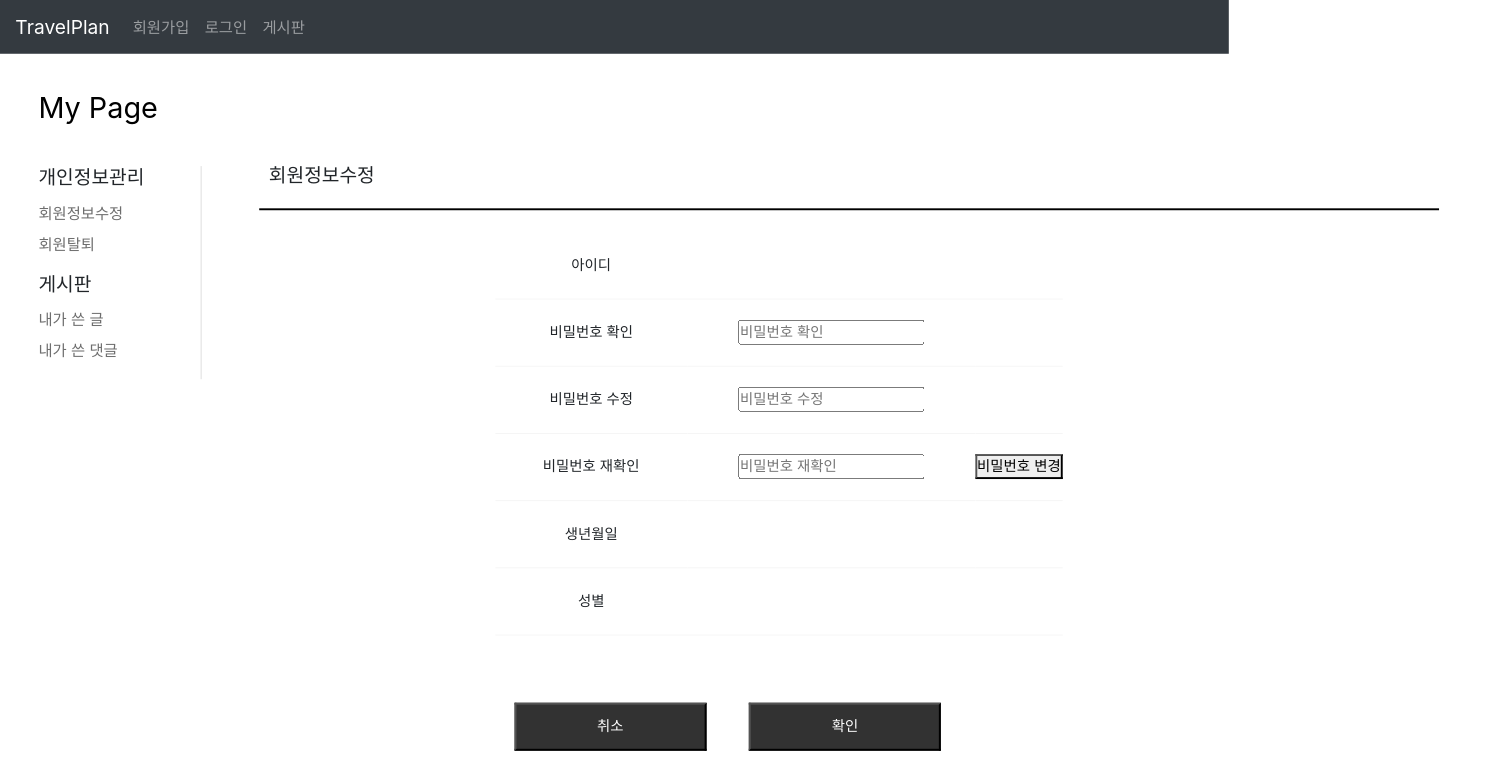
Repository: sna145815/Travel_v1
Page: http://localhost/Travel_v1/mypage
The author's editor kept a copy of each file at every save. The page is drawn from the files as they stood at one save, then again after the next save.
The browser window is 1280 px wide. The page is 1560 px wide, so the pictures cover 1560 px, including what lies to the right of the window. The pictures show the whole page, at 96% of full size.
The page is served by Tomcat 9. Other server files are loaded and not shown. Queries for data that is not in the repository find no rows.

Above is the page before, as saved 2022-11-07 07:52:55.

### Travel_v1/src/main/webapp/WEB-INF/view/mypage.jsp
<%@ page language="java" contentType="text/html; charset=UTF-8"
    pageEncoding="UTF-8"%>
<%@ include file="/layout/header.jsp" %>

<!DOCTYPE html>
<html>
<head>
	<meta charset="UTF-8">
	<style>
		* {
			margin: 0;
			padding: 0;
		}
		#wrap {
			width: auto;
			min-width: 1560px;
			max-width: 1880px;
			padding: 0px 40px;
			margin: 0px auto;
			box-sizing: border-box;
		}
		#sub_header {
			position: relative;
			padding: 0px 0px 10px;
			margin: 0px auto;
		}
		.visual_area {
			padding: 5px 0px 8px;
			font-size: inherit;
			font-weight: normal;
		}
		.txt > a {
			display: inline-block;
			font-size: 30px;
			font-weight: normal;
			color: rgb(0, 0, 0);
		}
		.menu_area {
			float : left;
			width : 270px;
			border-right: 1px solid #ddd;
		}
		.content_right {
			position: absolute;
			left: 270px;
			top: 200;
			right: 0;
			min-width: 1229px;
		}
		.menu_area {
		 	width: 170px;
		 	float: left;
		 	margin: 24px 40px 0px 0px;
		 	font-size: 14px;
		}
		.menu1, .menu2 {
			display: flex;
			flex-direction: column;
			padding-bottom: 15px;
		}
		.update, .delete, .post, .comment {
			display: flex;
			margin-top: 2px;
			font-size: 16px;
			line-height: 30px;
			color: rgb(110, 110, 110);
		}
		.content-right {
			padding: 0;
			float: right;
		}
		.sectiontitle {
			border-bottom: 2px solid #000000;
			padding-left: 10px;
			padding-bottom: 14px;
			margin-top: 22px;
			line-height: 1.5px;
			font-size: 14px;
			position: relative;
		}
		.sectiontable {
			margin-top: 22px;
			padding: 10px;
			font-size: 15px;
			border-collapse: collapse;
			table-layout: fixed;
			margin-left: 20%;
		}
		tr {
			height: 70px;
			padding: 10px;
			box-sizing: border-box;
			border-bottom: 1px solid #f5f5f5;
			text-align: center;
			vertical-align: middle;
			word-break: break-all;
		}
		.button {
			margin-top: 50px;
			margin-left: 20%;
		}
		.btn_cancel, .btn_check, .btn_delete {
			width: 200px;
			height: 50px;
			margin: 20px;
			padding: 10px;
			font-size: 15px;
			border-collapse: collapse;
			vertical-align: middle;
			color: rgb(255, 255, 255);
			background-color: rgb(50, 50, 50);
		}
	</style>
</head>
<body>
	<div id="wrap">
		<div id ="header">
			<div class="visual_area">
				<h1 class="txt">
					<a href="/mypage">My Page</a>
				</h1>
			</div>
		</div>
		<div id ="content_area">
			<div class ="content">
				<div class="content_in">
					<!-- 좌측 메뉴 -->
					<nav class="menu_area">
						<div class="menu1">
							<h5>개인정보관리</h5>
							<a href="/mypage" class="update">회원정보수정</a>
							<a href="/deleteuser" class="delete">회원탈퇴</a>
						</div>
						<div class="menu2">
							<h5>게시판</h5>
							<a href="#" class="post">내가 쓴 글</a>
							<a href="#" class="comment">내가 쓴 댓글</a>
						</div>
					</nav>
					<!-- 콘텐츠 내용 -->
					<section class ="content_right">
						<header class="sectiontitle">
							<h5>회원정보수정</h5>
						</header>
						<div>
							<table class="sectiontable">
								<tr>
									<td width=200px>아이디<td>
									<td id="userId" width=300px><strong>${user.id}</strong></td>
								</tr>
								<tr>
									<td>비밀번호 확인<td>
									<td><input type="password" id="userPwd" placeholder="비밀번호 확인" size=15/></td>
									<td><span id="checkpw"></span></td>
								</tr>
								<tr>
									<td>비밀번호 수정<td>
									<td><input type="password" id="upPwd" placeholder="비밀번호 수정" size=15/></td>
								</tr>
								<tr>
									<td>비밀번호 재확인<td>
									<td><input type="password" id="PwdR" placeholder="비밀번호 재확인" size=15/></td>
									<td>

										<form action="/mypage" method="post">
											<span id="checkpwdr"><button type="submit" class="btn_update">비밀번호 변경</button></span>
										</form>
									</td>
								</tr>
								<tr>
									<td>생년월일<td>
									<td id="userbirth"><strong>${user.date}</strong></td>
								</tr>
								<tr>
									<td>성별<td>
									<td id="userGender"><strong>${user.gender}</strong></td>
								</tr>
							</table>
						</div>
						<div class="button">
							<span>
								<button type="submit" class="btn_cancel" onclick="location.reload()">취소</button>
							</span>
							<span>
								<button type="submit" class="btn_check" onclick="location.href = '/main';">확인</button>
							</span>
						</div>
					</section>
				</div>
			</div>
		</div>
	</div>
</body>
</html>

### Travel_v1/src/main/webapp/layout/header.jsp
<%@ page language="java" contentType="text/html; charset=UTF-8"
    pageEncoding="UTF-8"%>
<!DOCTYPE html>

<head>
  <title>TravelPlan</title>
  <meta charset="utf-8">
  <meta name="viewport" content="width=device-width, initial-scale=1">
  <link rel="stylesheet" href="https://cdn.jsdelivr.net/npm/bootstrap@4.6.1/dist/css/bootstrap.min.css">
  <script src="https://cdn.jsdelivr.net/npm/jquery@3.6.0/dist/jquery.slim.min.js"></script>
  <script src="https://cdn.jsdelivr.net/npm/popper.js@1.16.1/dist/umd/popper.min.js"></script>
  <script src="https://cdn.jsdelivr.net/npm/bootstrap@4.6.1/dist/js/bootstrap.bundle.min.js"></script>
</head>
<body>

<nav class="navbar navbar-expand-md bg-dark navbar-dark">
  <a class="navbar-brand" href="/main">TravelPlan</a>
  <button class="navbar-toggler" type="button" data-toggle="collapse" data-target="#collapsibleNavbar">
    <span class="navbar-toggler-icon"></span>
  </button>
  <div class="collapse navbar-collapse" id="collapsibleNavbar">
    <ul class="navbar-nav">
      <li class="nav-item">
        <a class="nav-link" href="/join">회원가입</a>
      </li>
      <li class="nav-item">
        <a class="nav-link" href="/login">로그인</a>
      </li>
      <li class="nav-item">
        <a class="nav-link" href="/board?cmd=getlist">게시판</a>
      </li>
    </ul>
  </div>
</nav>
<br>

### Travel_v1/src/main/java/controller/mypagecontroller.java
package controller;

import java.io.IOException;

import javax.servlet.RequestDispatcher;
import javax.servlet.ServletException;
import javax.servlet.annotation.WebServlet;
import javax.servlet.http.HttpServlet;
import javax.servlet.http.HttpServletRequest;
import javax.servlet.http.HttpServletResponse;
import javax.servlet.http.HttpSession;

import model.usermodel;

import service.userservice;

@WebServlet("/mypage")
public class mypagecontroller extends HttpServlet {
	private static final long serialVersionUID = 1L;


    public mypagecontroller() {

    }


	protected void doGet(HttpServletRequest request, HttpServletResponse response) throws ServletException, IOException {
		HttpSession session = request.getSession();
		String id = (String)session.getAttribute("id");

		usermodel user = new usermodel();

		userservice service = new userservice();

		user = service.Selectuser(id);

		//오류 처리 필요
		request.setAttribute("user", user);
		RequestDispatcher rq = request.getRequestDispatcher("WEB-INF/view/mypage.jsp");
	    rq.forward(request, response);
	}

	protected void doPost(HttpServletRequest request, HttpServletResponse response) throws ServletException, IOException {
		request.setCharacterEncoding("utf-8");
		String pwd = request.getParameter("pwd");
		String uppwd = request.getParameter("uppwd");
		String uppwdr = request.getParameter("pwdr");

		HttpSession session = request.getSession();
		String id = (String) session.getAttribute("id");

		userservice service = new userservice();

		if(service.Checkpwd(pwd, id) == 1)
		{
			if(uppwd.equals(uppwdr))
			{
				if(service.Updatepwd(uppwd, id) == 1)
				{
					request.setAttribute("Result", true);
				}
				else
				{
					request.setAttribute("Result", false);
				}
			}
			RequestDispatcher rq = request.getRequestDispatcher("WEB-INF/view/updateresult.jsp");
		    rq.forward(request, response);
		}
		else
		{
			RequestDispatcher rq = request.getRequestDispatcher("WEB-INF/view/mypage.jsp");
		    rq.forward(request, response);
		}
	}
}

### Travel_v1/src/main/java/model/usermodel.java
package model;

import java.util.Date;

public class usermodel {
	private String id;
	private String pwd;
	private String name;
	private Date date;
	private String gender;


	public usermodel() {

	}


	public String getId() {
		return id;
	}


	public void setId(String id) {
		this.id = id;
	}


	public String getPwd() {
		return pwd;
	}


	public void setPwd(String pwd) {
		this.pwd = pwd;
	}


	public String getName() {
		return name;
	}


	public void setName(String name) {
		this.name = name;
	}


	public Date getDate() {
		return date;
	}


	public void setDate(Date date) {
		this.date = date;
	}


	public String getGender() {
		return gender;
	}


	public void setGender(String gender) {
		this.gender = gender;
	}


}

### Travel_v1/src/main/java/service/userservice.java
package service;


import java.sql.Connection;
import java.sql.Date;
import java.sql.PreparedStatement;
import java.sql.ResultSet;
import java.sql.SQLException;

import config.DB;
import model.usermodel;


public class userservice {

	//회원가입
	public int Signup(usermodel model)
	{
		String sql = "INSERT INTO user VALUES (?,?,?,?,?)";
		Connection conn = DB.getConnection();
		PreparedStatement pstmt = null;

		try
		{
            pstmt = conn.prepareStatement(sql);

            pstmt.setString(1, model.getId());
            pstmt.setString(2, model.getPwd());
            pstmt.setString(3, model.getName());
            pstmt.setDate(4, (Date) model.getDate());
            pstmt.setString(5, model.getGender());

            if(pstmt.executeUpdate() !=1)
            {
                return 0;
            }
            return 1;
        }
		catch(Exception e)
		{
			e.printStackTrace();
			return 0;
		}
		finally
		{
			DB.close(conn,pstmt);
		}
    }

	//비밀번호 변경
	public int Updatepwd(String uppwd, String id)
	{
		String sql = "UPDATE user set password = ? where id = ?";
		Connection conn = DB.getConnection();
		PreparedStatement pstmt = null;

		try
		{
			pstmt = conn.prepareStatement(sql);

            pstmt.setString(1, uppwd);
            pstmt.setString(2, id);

            if(pstmt.executeUpdate() !=1)
            {
                return 0;
            }
            return 1;
        }
		catch(Exception e)
		{
			e.printStackTrace();
			return 0;
		}
		finally
		{
			DB.close(conn,pstmt);
		}
	}

	//비밀번호 확인
	public int Checkpwd(String pwd, String id)
	{
		String sql = "SELECT password from user where id = ?";
		Connection conn = DB.getConnection();
		PreparedStatement pstmt = null;
		ResultSet rs = null;

		try
		{
			pstmt = conn.prepareStatement(sql);

			pstmt.setString(1, id);

			rs = pstmt.executeQuery();

            if (rs.next())
            {
            	if(rs.getString(1).equals(pwd))
            		return 1;
                else
             	   return 0;	 //비밀번호 불일치
             }
             return -1;	//비밀번호 없음
        }
		catch(SQLException e)
		{
			e.printStackTrace();
			return 0;
		}
		finally
		{
			DB.close(conn, pstmt, rs);
		}
	}

	//회원 삭제
	public int Deleteuser(String pwd)
	{
		String sql = "DELETE FROM user where password = ?";
		Connection conn = DB.getConnection();
		PreparedStatement pstmt = null;

		try
		{
            pstmt = conn.prepareStatement(sql);

            pstmt.setString(1, pwd);

            if(pstmt.executeUpdate() !=1)
            {
                return 0;
            }
            return 1;
        }
		catch(Exception e)
		{
			e.printStackTrace();
			return 0;
		}
	}

	//회원 정보 불러오기
	public usermodel Selectuser(String id)
	{
		String sql = "SELECT * FROM user where id = ?";
		Connection conn = DB.getConnection();
		PreparedStatement pstmt = null;
		ResultSet rs = null;

		usermodel user = new usermodel();

		try
		{
			pstmt = conn.prepareStatement(sql);

			pstmt.setString(1, id);

			rs = pstmt.executeQuery();

			while (rs.next())
			{
				user.setId(rs.getString(1));		//id
				user.setPwd(rs.getString(2));		//password
				user.setName(rs.getString(3));		//name
				user.setDate(rs.getDate(4));		//birth
				user.setGender(rs.getString(5));	//gender
			}

			return user;
		}
		catch (Exception e)
		{
			e.printStackTrace();
			return null;
		}
		finally
		{
			DB.close(conn, pstmt, rs);
		}
	}


	//로그인
	public  int findbyuserid(usermodel model)
	{
		String sql = "SELECT password FROM user WHERE id = ?";
		Connection conn=DB.getConnection();
		PreparedStatement pstmt = null;
		ResultSet rs = null;

		try
		{
            pstmt = conn.prepareStatement(sql);

            pstmt.setString(1, model.getId());

            rs = pstmt.executeQuery();
            if (rs.next())
            {
               if (rs.getString(1).equals(model.getPwd()))
            	   return 1;		//로그인 성공
               else
            	   return 0;	//비밀번호 불일치
            }
            return -1;	//아이디가 없음
        }
		catch(SQLException e)
		{
			e.printStackTrace();
			return -2;	//오류
		}
		finally
		{
			DB.close(conn,pstmt,rs);
		}

	}

}

### Travel_v1/src/main/java/config/DB.java
package config;

import java.sql.Connection;
import java.sql.DriverManager;
import java.sql.PreparedStatement;
import java.sql.ResultSet;
import java.sql.SQLException;

public class DB {

	public static Connection getConnection()
	{
		try{
			 String jdbcUrl = "jdbc:mysql://localhost:3306/travel?useUnicode=true&characterEncoding=utf8";
		     String dbId = "root";
		     String dbPass = "1128";

			 Class.forName("com.mysql.cj.jdbc.Driver");
			 Connection con = DriverManager.getConnection(jdbcUrl,dbId ,dbPass);
			 return con;
		  }catch(Exception e){
			 e.printStackTrace();
		  }
		return null;
	}

	public static void close(Connection conn,PreparedStatement pstmt,ResultSet rs)
	{
		try {
			rs.close();
			pstmt.close();
			conn.close();
		} catch (SQLException e) {

			e.printStackTrace();
		}

	}

	public static void close(Connection conn,PreparedStatement pstmt)
	{
		try {
			pstmt.close();
			conn.close();
		} catch (SQLException e) {

			e.printStackTrace();
		}

	}
}

After the next save:
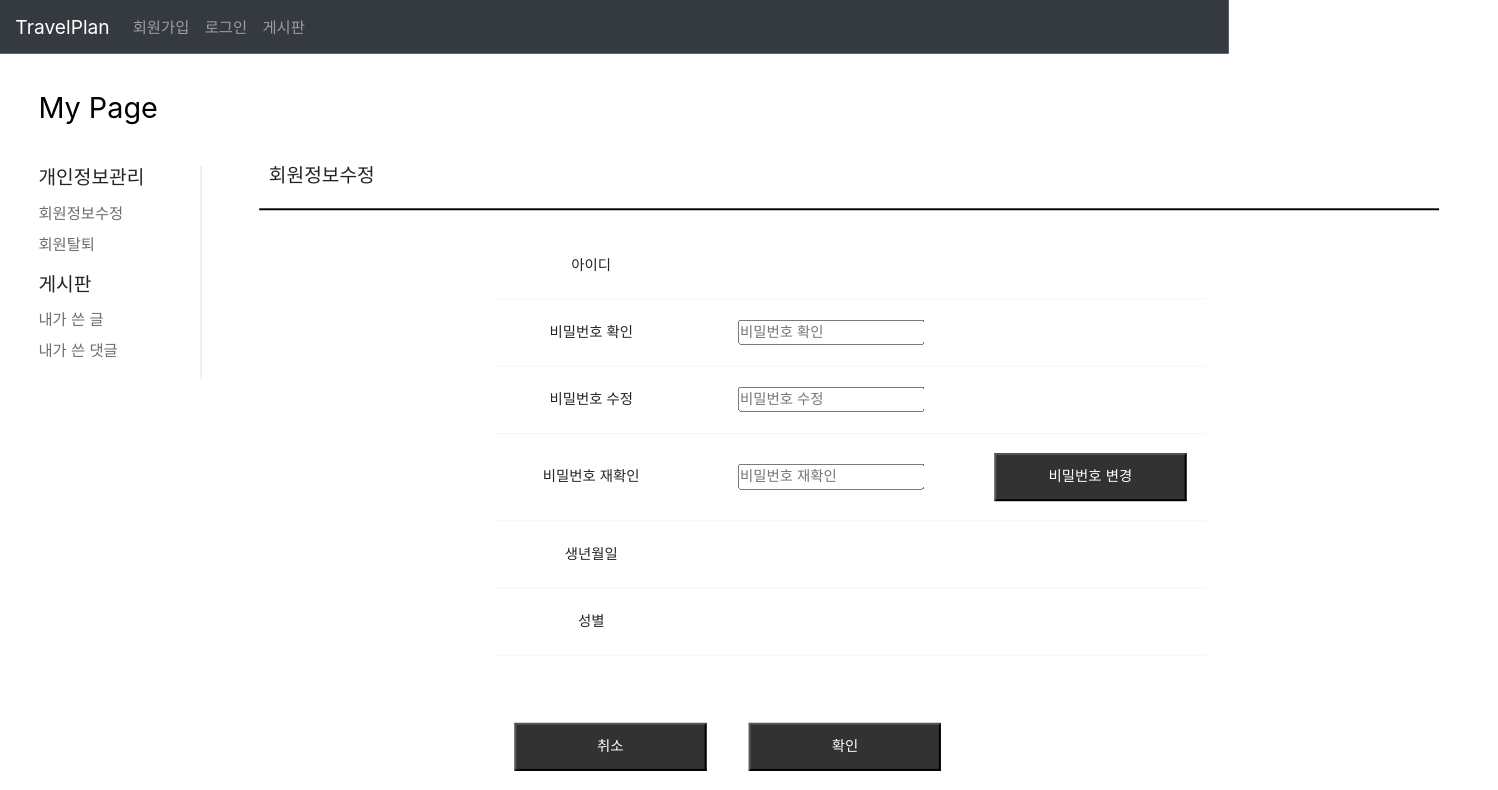
Saved 17 s later.
--- a/Travel_v1/src/main/webapp/WEB-INF/view/mypage.jsp
+++ b/Travel_v1/src/main/webapp/WEB-INF/view/mypage.jsp
@@ -99,7 +99,7 @@
 			margin-top: 50px;
 			margin-left: 20%;
 		}
-		.btn_cancel, .btn_check, .btn_delete {
+		.btn_cancel, .btn_check, .btn_update {
 			width: 200px;
 			height: 50px;
 			margin: 20px;
